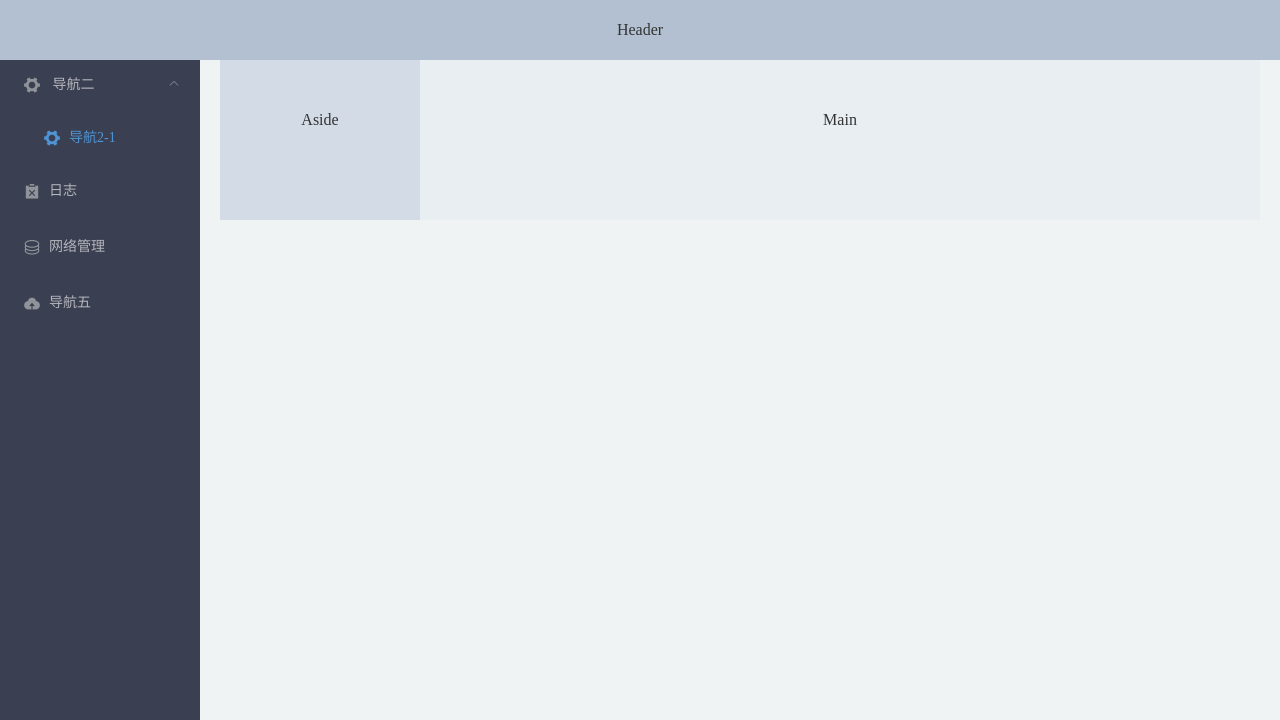
Repository: TomGodb/dazoo-admin
Page: /#/dashbord/aaa
These files come from the project's save history. The page is drawn as it stood at one moment and after the next save; the edit follows.
The browser window is 1280 px wide. The pictures show the whole page.
The project was rebuilt for these pictures with package versions that can differ from the ones it lists, and the page was loaded fresh each time. Also part of the build but not shown: vue.config.js, src/components/SlideVerify/index.vue, src/utils/request.js, src/views/login/http.js, src/views/login/index.vue.

Above is the page before, as saved 2021-01-23 11:48:20.

### public/index.html
<!DOCTYPE html>
<html lang="">
  <head>
    <meta charset="utf-8">
    <meta http-equiv="X-UA-Compatible" content="IE=edge">
    <meta name="viewport" content="width=device-width,initial-scale=1.0">
    <link rel="icon" href="<%= BASE_URL %>favicon.ico">
    <title>运维管理后台</title>
  </head>
  <body>
    <noscript>
      <strong>We're sorry but <%= htmlWebpackPlugin.options.title %> doesn't work properly without JavaScript enabled. Please enable it to continue.</strong>
    </noscript>
    <div id="app"></div>
    <!-- built files will be auto injected -->
  </body>
</html>

### src/main.js
import Vue from "vue";
import App from "./App.vue";
import router from "./router";
import store from "./store";
import ElementUI from 'element-ui';
import 'element-ui/lib/theme-chalk/index.css';
import "@/style/element.less";
Vue.config.productionTip = false;
Vue.use(ElementUI);
new Vue({
  router,
  store,
  render: h => h(App)
}).$mount("#app");

### src/App.vue
<template>
  <div id="app">
    <!-- <div id="nav">
      <router-link to="/">Home</router-link> |
      <router-link to="/about">About</router-link>
    </div> -->
    <router-view />
  </div>
</template>

<style lang="less">
* {
  padding: 0;
  margin: 0;
}
body,
html {
  height: 100%;
}
#app {
  font-family: "\5FAE\8F6F\96C5\9ED1";
  height: 100%;
}

// #nav {
//   padding: 30px;
//   a {
//     font-weight: bold;
//     color: #2c3e50;
//     &.router-link-exact-active {
//       color: #42b983;
//     }
//   }
// }
</style>

### src/router/index.js
import Vue from "vue";
import VueRouter from "vue-router";

import login from "@v/login/index.vue";
import Home from "@/Home/index.vue";
Vue.use(VueRouter);
import module from './modole'

export const currencyRoutes = [{
    path: "/",
    name: "login",
    component: login,
  },
  {
    path: "/Home",
    name: "Home",
    component: Home,
    redirect: "/dashbord",
    children: module,

  },
];
const router = new VueRouter({
  mode: "hash",
  base: process.env.BASE_URL,
  routes: currencyRoutes
});

export default router;

### src/store/index.js
import Vue from "vue";
import Vuex from "vuex";
import getters from "./getters"

Vue.use(Vuex);
export default new Vuex.Store({
  state: {
    opened: false
  },
  mutations: {
    SET_OPENED(state) {
      state.opened = !state.opened;
    },
  },
  actions: {},
  modules: {},
  getters
});

### src/style/element.less
.el-menu--collapse .el-submenu__title{
    span{
        display: none;
    }
    .el-submenu__icon-arrow {
        display: none;
    }
}
.el-header{
    height: 60px;
    position: fixed;
    top: 0;
    width: 100%;
    left: 0;
    z-index: 999;
    padding: 0px !important;
}
.table-expand {
    font-size: 0;
    & label{
        width: 90px;
        color: #99a9bf;
    }
    & .el-form-item {
        margin-right: 0;
        margin-bottom: 0;
        width: 50%;
      }
  }

### src/Home/index.vue
<template>
  <div class="home-container">
    <el-container>
      <el-header> <m-header></m-header></el-header>
      <el-container>
        <el-aside :width="opened ? '64px' : '200px'">
          <el-menu
            :default-active="activeMenu"
            class="el-menu-vertical-demo"
            background-color="#3a3f51"
            text-color="#b5b6bd"
            active-text-color="rgb(79, 148, 212)"
            mode="vertical"
            :collapse-transition="false"
            router
            :collapse="opened"
          >
            <NavMenu :navMenus="menuData"></NavMenu>
          </el-menu>
        </el-aside>
        <el-main>
          <transition name="fade-page" mode="out-in">
            <router-view></router-view> </transition
        ></el-main>
      </el-container>
    </el-container>
    <!-- <el-container>
      <el-aside :width="opened ? '64px' : '200px'">
        <el-menu
          :default-active="activeMenu"
          class="el-menu-vertical-demo"
          background-color="#3a3f51"
          text-color="#b5b6bd"
          active-text-color="rgb(79, 148, 212)"
          mode="vertical"
          :collapse-transition="false"
          router
          :collapse="opened"
        >
          <NavMenu :navMenus="menuData"></NavMenu>
        </el-menu>
      </el-aside>
      <el-container>
        <el-header>
          <m-header></m-header>

        </el-header>
        <el-main>
          <transition name="fade-page" mode="out-in">
            <router-view></router-view>
          </transition>
        </el-main>
      </el-container>
    </el-container> -->
  </div>
</template>

<script>
import NavMenu from "./NavMenu";
import { mapGetters } from "vuex";
import MHeader from "./Header";
import { menuData } from "./NavMenu/meunDataRouter";
export default {
  components: {
    NavMenu,
    MHeader,
  },
  data() {
    return {
      menuData,
    };
  },
  computed: {
    activeMenu() {
      return this.$route.path;
    },
    ...mapGetters(["opened"]),
  },
};
</script>

<style lang="less" scoped>
.home-container {
  height: 100%;
  .el-aside {
    transition: width 0.3s;
    overflow: hidden;
    background-color: rgb(58, 63, 81);
  }
  .el-menu {
    border-right: 0px !important;
  }
  .fade-page-enter-active,
  .fade-page-leave-active {
    transition: all 0.5s;
  }
  .fade-page-enter {
    opacity: 0;
    transform: translateX(-30px);
  }
  .fade-page-leave-to {
    opacity: 0;
    transform: translateX(-30px);
  }
}
.el-container {
  height: 100%;
}
.el-main {
  background-color: #f0f3f4;
}
</style>

### src/router/modole/index.js
import aaa from './aaa'
let routesArray = []

let toArray = (pages) => {
  Object.keys(pages).forEach((key) => {
    let obj = pages[key]
    Object.keys(obj).forEach((key) => {
      routesArray.push(obj[key])
    })
  })
}
toArray([aaa])

export default routesArray

### src/store/getters.js

const getters ={
    opened(state){
        return state.opened
    }
}
export default getters;

### src/Home/NavMenu/index.vue
<template>
  <div class="navMenu">

    <template v-for="navMenu in navMenus">
      <!-- 最后一级菜单 -->
      <el-menu-item
        v-if="!navMenu.children && navMenu"
        :key="navMenu.id"
        :data="navMenu"
        :index="navMenu.path"
      >
        <i :class="navMenu.meta.icon"></i>
        <span slot="title">{{ navMenu.meta.title }}</span>
      </el-menu-item>
      <!-- 此菜单下还有子菜单 -->
      <el-submenu
        v-if="navMenu.children && navMenu"
        :key="navMenu.id"
        :data="navMenu"
        :index="navMenu.path"
      >
        <template slot="title">
          <i :class="navMenu.meta.icon"></i>
          <span> {{ navMenu.meta.title }}</span>
        </template>
        <!-- 递归 -->
        <NavMenu :navMenus="navMenu.children"></NavMenu>
      </el-submenu>
    </template>
  </div>
</template>

<script>
import { mapGetters } from "vuex";
export default {
  computed: {
    ...mapGetters(["opened"]),
  },
  name: "NavMenu",
  props: ["navMenus"],
  data() {
    return {};
  },
  methods: {},
};
</script>
<style lang="less" scoped>

</style>

### src/Home/Header/index.vue
<template>
  <div class="sideCollapse">
    <header-l></header-l>
    <div class="sideCollapse-left" id="domColapse">
      <i
        :class="{ 'el-icon-s-unfold': opened, 'el-icon-s-fold': !opened }"
        @click="toggleOpen()"
      ></i>
    </div>
    <div class="sideCollapse-right">
      <user-dropdown></user-dropdown>
    </div>
  </div>
</template>

<script>
import { mapGetters } from "vuex";
import UserDropdown from "./UserDropdown";
import headerL from "./logo";
export default {
  components: {
    UserDropdown,
    headerL,
  },
  computed: {
    ...mapGetters(["opened"]),
  },
  methods: {
    toggleOpen() {
      this.$store.commit("SET_OPENED");
    },
  },
};
</script>
<style lang="less" scoped>
.sideCollapse-left {
  float: left;
  font-size: 18px;
  color: #363f44;
  cursor: pointer;
}
.sideCollapse {
  background-color: white;
  line-height: 60px;
  height: 100%;
}
.sideCollapse-right {
  float: right;
}
.header_l {
  transition: width 0.3s;
  float: left;
  background-color: #3a3f51;
  border-bottom: 1px solid #454b61;
  width: 200px;
  height: 59px;
  text-align: center;
  font-size: 15px;
  font-weight: 700;
  img {
    height: 28px;
    vertical-align: middle;
    position: relative;
    top: -3px;
  }
}
</style>

### src/Home/NavMenu/meunDataRouter.js
const menuData = [{
        id: 1,
        meta: {
            title: "首页",
            icon: "el-icon-s-data"
        },
        path: "/dashbord",
    },
    {
        id: 2,
        meta: {
            title: "导航二",
            icon: "el-icon-s-tools"
        },
        path: "/dashbord/aaa",

        children: [{

            path: "/dashbord/aaa",
            meta: {
                title: "导航2-1",
                icon: "el-icon-s-tools"
            },
        }]
    },
    {
        id: 3,
        meta: {
            title: "日志",
            icon: "el-icon-s-release"
        },
        path: "/",
    },
    {
        id: 4,
        meta: {
            title: "网络管理",
            icon: "el-icon-coin"
        },
        path: "/",
    },
    {
        id: 5,
        meta: {
            title: "导航五",
            icon: "el-icon-upload"
        },
        path: "/",
    },
]

export {
    menuData
}

### src/router/modole/aaa.js
export default [{
        path: "/dashbord",
        name: "Dashbord",
        component: () => import("@v/dashbord"),
        meta: {
            title: "首页",
            icon: "el-icon-s-data"
        }
    },
    {
        path: "/dashbord/aaa",
        name: "aaa",
        component: () => import("@v/aaa"),
        meta: {
            title: "aaa",
            icon: "el-icon-s-data"
        }
    },
]

### src/Home/Header/UserDropdown.vue
<template>
  <div>
    <div class="hoverBag" @click="toggleFull">
      <i class="el-icon-full-screen iconFont"></i>
    </div>
    <el-dropdown class="userDd hoverBag" @command="handleCommand">
      <div class="userDrop">
        <span class="userDrop_text">
          admin<i class="el-icon-caret-bottom"></i
        ></span>
        <img src="@a/ImgSrc/header_images/user01.jpg" alt="user" />
      </div>
      <el-dropdown-menu solt="dropdown">
        <el-dropdown-item
          v-for="(item, index) in dropdownList"
          :key="index"
          :command="index"
        >
          <i :class="item.icon"></i>{{ item.title }}
        </el-dropdown-item>
        <!-- <el-dropdown-item>
          <i class=""></i>
        </el-dropdown-item>
        <el-dropdown-item divided>
          <i class=""></i>
        </el-dropdown-item> -->
      </el-dropdown-menu>
    </el-dropdown>
  </div>
</template>
<script>
import screenfull from "screenfull";
export default {
  data() {
    return {
      dropdownList: [
        {
          icon: "el-icon-s-home",
          title: "首页",
          path: "/Home",
        },
        {
          icon: "el-icon-s-custom",
          title: "个人信息",
          path: "/dashbord/aaa",
        },
        {
          icon: "el-icon-switch-button",
          title: "登出",
          path: "/",
        },
      ],
    };
  },
  methods: {
    handleCommand(index) {
      this.$router.push(this.dropdownList[index].path);
    },
    toggleFull() {
      screenfull.toggle();
    },
  },
};
</script>
<style lang="less" scoped>
.iconFont {
  font-size: 20px;
  vertical-align: middle;
}
.userDrop img {
  vertical-align: middle;
  display: inline-block;
  width: 40px;
  height: 40px;
  border-radius: 50%;
  vertical-align: middle;
}

.hoverBag {
  cursor: pointer;
  height: 100%;
  padding: 0px 10px;
  float: left;
}
.hoverBag:hover {
  background: #f0f3f4;
}
</style>

### src/Home/Header/logo.vue
<template>
  <div>
    <div class="header_l" :style="{ width: opened ? '64px' : '200px' }">
      <img
        :src="
          require(opened
            ? '@a/ImgSrc/Home-logo/dazoo-logo.png'
            : '@a/ImgSrc/Home-logo/logo.jpg')
        "
        alt="logo"
        title="logo"
      />
    </div>
  </div>
</template>
<script>
import { mapGetters } from "vuex";
export default {
  computed: {
    ...mapGetters(["opened"]),
  },
};
</script>
<style lang="less" scoped>
.header_l {
  transition: width 0.3s;
  float: left;
  background-color: #3a3f51;
  border-bottom: 1px solid #454b61;
  width: 200px;
  height: 59px;
  text-align: center;
  font-size: 15px;
  font-weight: 700;
  img {
    height: 28px;
    vertical-align: middle;
    position: relative;
    top: -3px;
  }
}
</style>

### src/views/aaa/index.vue
<template>
<div>
    <el-container>
  <el-header>Header</el-header>
  <el-container>
    <el-aside width="200px">Aside</el-aside>
    <el-main>Main</el-main>
  </el-container>
</el-container>
</div>
</template>
<script>
export default {
    data(){
        return {

        }
    }
}
</script>
<style lang="less" scoped>
 .el-header, .el-footer {
    background-color: #B3C0D1;
    color: #333;
    text-align: center;
    line-height: 60px;
  }

  .el-aside {
    background-color: #D3DCE6;
    color: #333;
    text-align: center;
    line-height: 200px;
  }

  .el-main {
    background-color: #E9EEF3;
    color: #333;
    text-align: center;
    line-height: 160px;
  }

  body > .el-container {
    margin-bottom: 40px;
  }

  .el-container:nth-child(5) .el-aside,
  .el-container:nth-child(6) .el-aside {
    line-height: 260px;
  }

  .el-container:nth-child(7) .el-aside {
    line-height: 320px;
  }

</style>

After the next save:
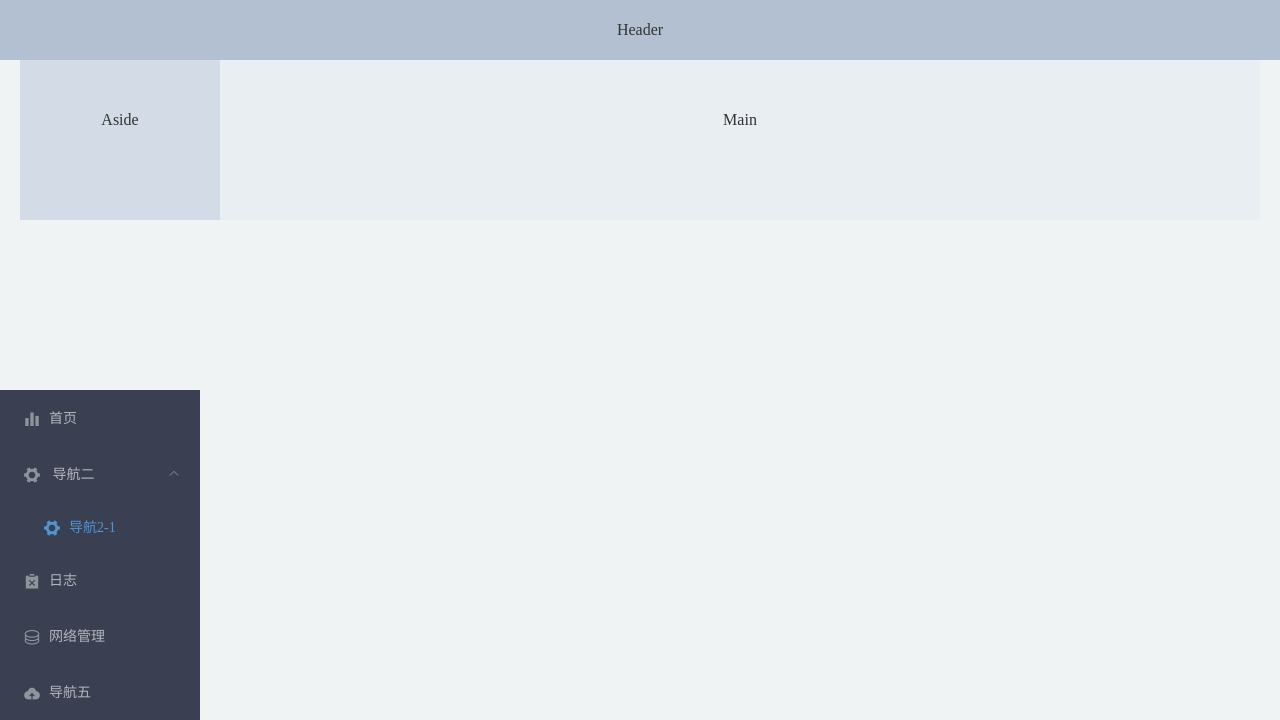
Saved 14 s later.
--- a/src/Home/index.vue
+++ b/src/Home/index.vue
@@ -83,6 +83,9 @@
 .home-container {
   height: 100%;
   .el-aside {
+    position: fixed;
+    bottom: 0;
+    left: 0;
     transition: width 0.3s;
     overflow: hidden;
     background-color: rgb(58, 63, 81);

After the save that followed:
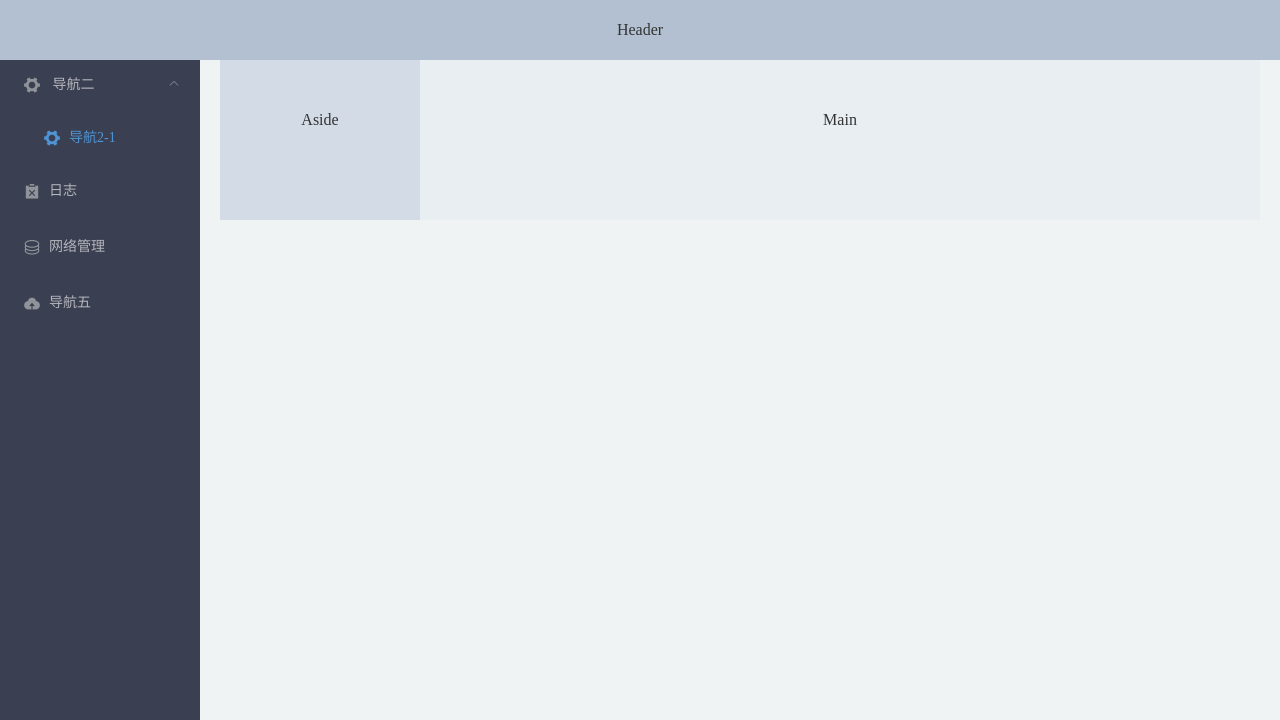
Saved 8 s later.
--- a/src/Home/index.vue
+++ b/src/Home/index.vue
@@ -83,9 +83,7 @@
 .home-container {
   height: 100%;
   .el-aside {
-    position: fixed;
-    bottom: 0;
-    left: 0;
+
     transition: width 0.3s;
     overflow: hidden;
     background-color: rgb(58, 63, 81);
